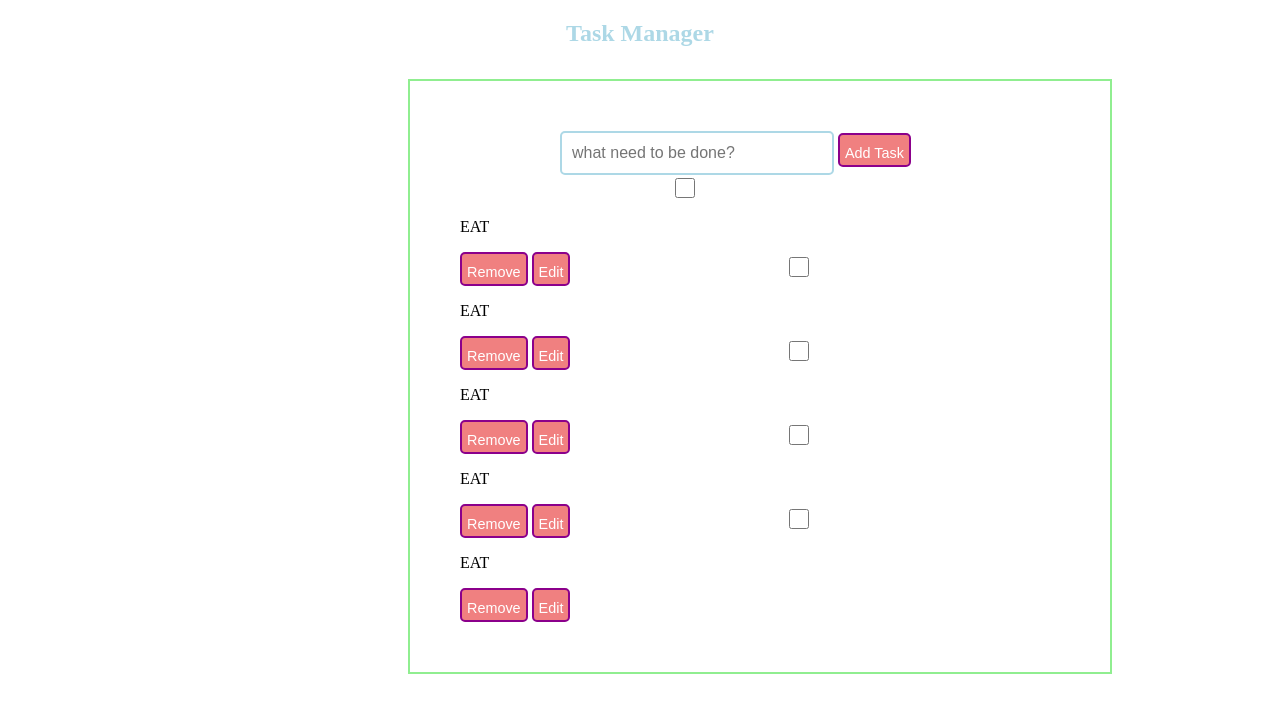
Repository: sristigupta04/basic-js-project
Page: todo app/title.html
The author's editor kept a copy of each file at every save. The page is drawn from the files as they stood at one save, then again after the next save.
The browser window is 1280 px wide. The pictures show the whole page.

Above is the page before, as saved 2025-10-28 19:05:11.

### todo app/title.html
<!DOCTYPE html>
<html lang="en">
<head>
    <meta charset="UTF-8">
    <meta name="viewport" content="width=device-width, initial-scale=1.0">
    <title>Todo App</title>
    <link rel="stylesheet" href="title.css"/>
</head>
<body>
    <h2> Task Manager</h2>
    <div class="contain">
        <input type="text" placeholder="what need to be done?"></input>
        <button>Add Task</button>

        <div class="row">
            <input type="checkbox"><p> EAT</p> <button>Remove</button> <button>Edit</button>
            <input type="checkbox"><p> EAT</p> <button>Remove</button> <button>Edit</button>
             <input type="checkbox"><p> EAT</p> <button>Remove</button> <button>Edit</button>
              <input type="checkbox"><p> EAT</p> <button>Remove</button> <button>Edit</button>
               <input type="checkbox"><p> EAT</p> <button>Remove</button> <button>Edit</button>
        </div>
    </div>
</body>
</html>

### todo app/title.css
.body{

    text-align: center;
    font-family: 'Trebuchet MS', 'Lucida Sans Unicode', 'Lucida Grande', 'Lucida Sans', Arial, sans-serif;
    margin:0;
    padding: 0;
}

h2{
color:lightblue;
margin-top: 20px;
justify-content: center;
display: flex;
}
.contain{
 border: 2px solid lightgreen;
 width:600px;
 height: auto;
 margin-left: 400px;
 margin-top: 2rem;
 padding: 50px;
}
.contain input{
    width:250px;
    height: 20px;
    padding: 10px;
    font-size: 1rem;
     border:2px solid lightblue;
     border-radius: 5px;
     outline: none;
     margin-left: 100px;

}
.contain button{
     padding:  10px 5px 4px;
       font-size:0.90rem;
       border:2px solid darkmagenta;
border-radius: 5px;
background-color: lightcoral;
color: white;
}

After the next save:
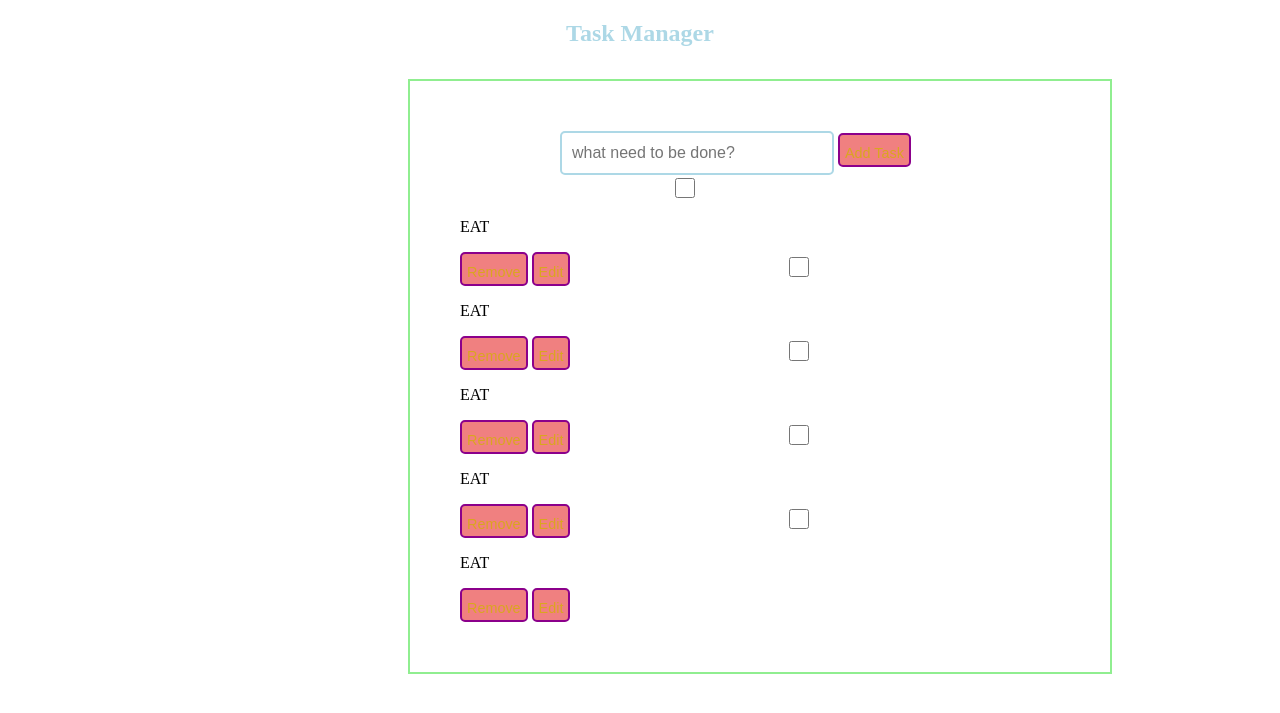
Saved 10 s later.
--- a/todo app/title.css
+++ b/todo app/title.css
@@ -37,5 +37,5 @@ display: flex;
        border:2px solid darkmagenta;
 border-radius: 5px;
 background-color: lightcoral;
-color: white;
+color: goldenrod;
 }
